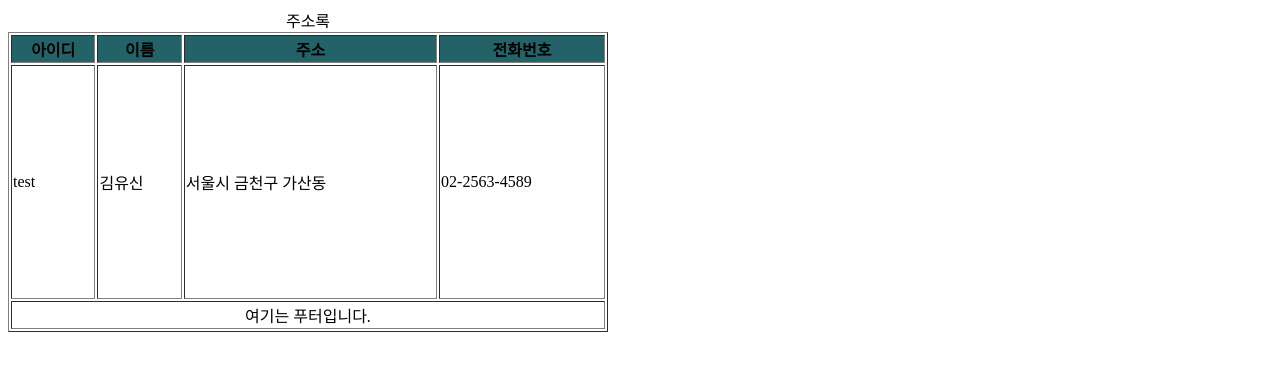
Repository: rightsecond3/java52
Page: workspace_script/dev_html/WebContent/html_table/table_1.html
An editor plug-in stored every save of this project. The page is shown before and after the next save, followed by the edit.
The browser window is 1280 px wide. The pictures show the whole page.

Above is the page before, as saved 2019-06-10 02:20:59.

After the next save:
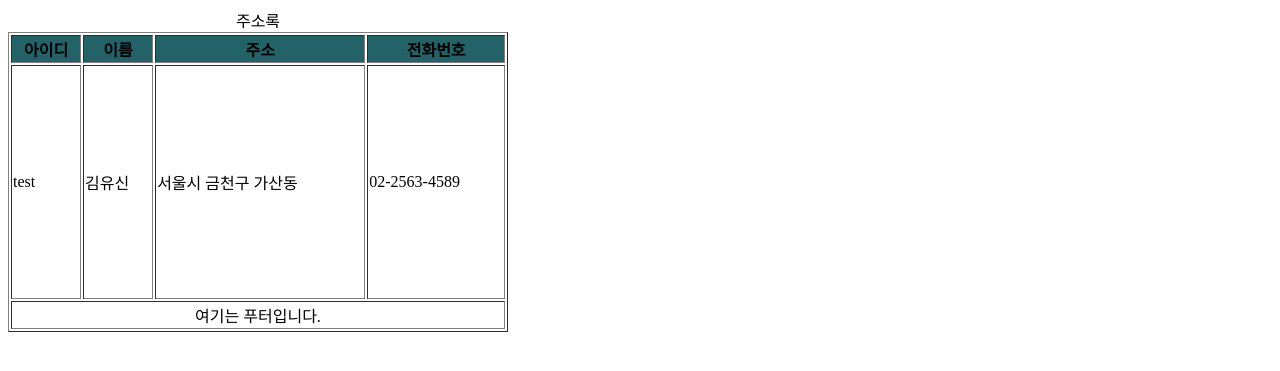
Saved 76 s later.
--- a/workspace_script/dev_html/WebContent/html_table/table_1.html
+++ b/workspace_script/dev_html/WebContent/html_table/table_1.html
@@ -5,7 +5,7 @@
 <title>주소록</title>
 </head>
 <body>
-	<table border="1" width="600px" height="300px">
+	<table border="1" width="500px" height="300px">
 		<!-- 테이블의 이름 지정 -->
 		<caption>주소록</caption>
 		<thead>
